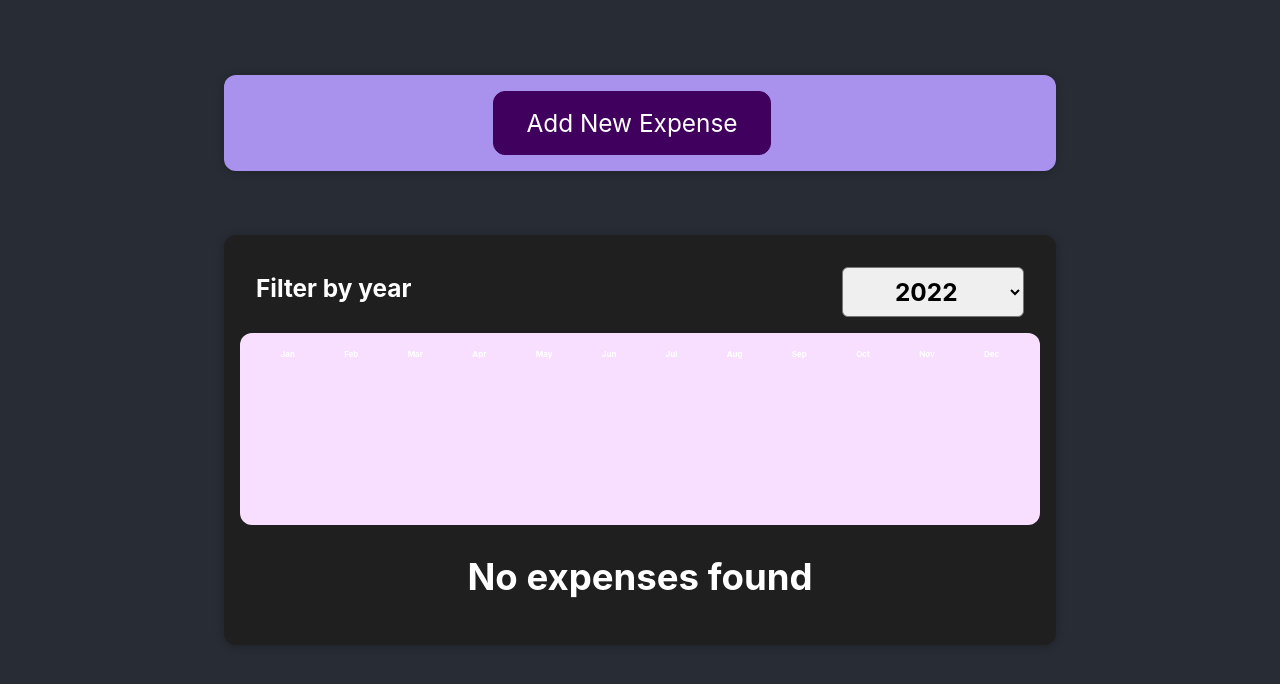
Repository: pakiam/react-demo-1
Page: /
The author's editor kept a copy of each file at every save. The page is drawn from the files as they stood at one save, then again after the next save.
The browser window is 1280 px wide. The pictures show the whole page.
The project was rebuilt for these pictures with package versions that can differ from the ones it lists, and the page was loaded fresh each time. Also part of the build but not shown: src/components/Expenses/ExpenseDate.css, src/components/Expenses/ExpenseDate.js, src/components/Expenses/ExpenseItem.css, src/components/Expenses/ExpenseItem.js, src/components/NewExpense/NewExpenseForm.css, src/components/NewExpense/NewExpenseForm.js.

Above is the page before, as saved 2022-03-08 16:07:30.

After the next save:
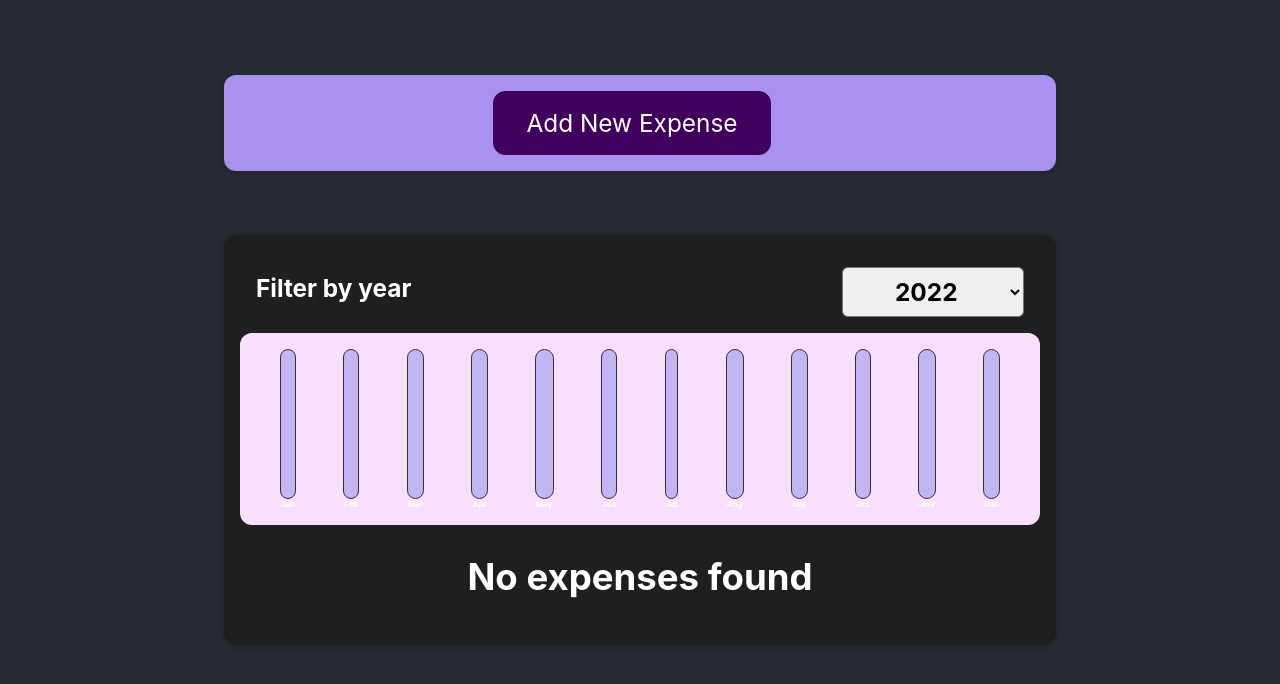
Saved 96 s later.
--- a/src/components/Chart/ChartBar.js
+++ b/src/components/Chart/ChartBar.js
@@ -9,7 +9,7 @@
 
   return (
     <div className='chart-bar'>
-      <div className='chat-bar__inner'>
+      <div className='chart-bar__inner'>
         <div className='chart-bar__fill' style={{height: barFillHeight}}></div>
       </div>
       <div className='chart-bar__label'>{props.label}</div>
